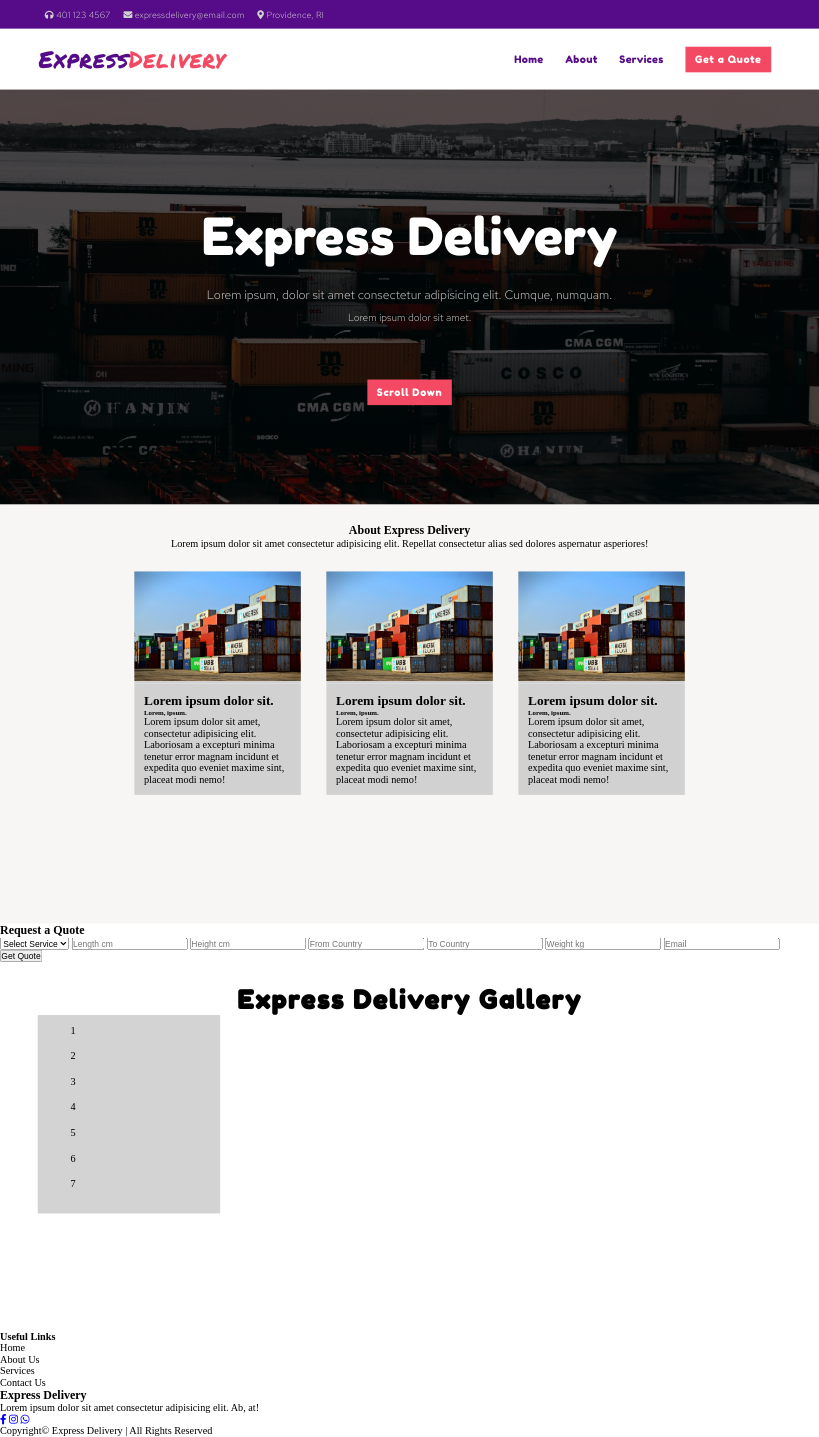
Repository: just-mann/express-delivery
Page: index.html
The author's editor kept a copy of each file at every save. The page is drawn from the files as they stood at one save, then again after the next save.
The browser window is 1280 px wide. The pictures show the whole page, at 64% of full size.
The style sheet was rebuilt from its Sass, Less or Tailwind sources for each picture, by a compiler version that may differ from the author's.

Above is the page before, as saved 2021-06-30 14:51:33.

### index.html
<!DOCTYPE html>
<html lang="en">
<head>
    <meta charset="UTF-8">
    <meta http-equiv="X-UA-Compatible" content="IE=edge">
    <meta name="viewport" content="width=device-width, initial-scale=1.0">
    <meta name="author" content="Justin Kollie">
    <meta name="description" content="Reliable shipping solutions across the U.S.">
    <link rel="stylesheet" href="/css/style.css">
    <link rel="stylesheet" href="https://cdnjs.cloudflare.com/ajax/libs/font-awesome/5.15.3/css/all.min.css" referrerpolicy="no-referrer" />
    <title>Express Delivery | Your trusted delivery system</title>
</head>
<body id="top">
    <header>
        <div class="top-section">
            <p><i class="fas fa-headphones"></i> 401 123 4567</p>
            <p class="emailAdd"><i class="fas fa-envelope"></i> expressdelivery@email.com</p>
            <p><i class="fas fa-map-marker-alt"></i> Providence, RI</p>
        </div>
        <nav>
            <a href="#" class="logo"><span>Express</span>Delivery</a>
            <div class="nav__links">
                <a href="#">Home</a>
                <a href="#">About</a>
                <a href="#">Services</a>
                <a class="quoteGet" href="#contact-us">Get a Quote</a>
            </div>
        </nav>
        <section class="hero__div">
            <div class="hero__section">
                <div class="hero__overlay">
                    <h2>Express Delivery</h2>
                    <p class="firstPara">Lorem ipsum, dolor sit amet consectetur adipisicing elit. Cumque, numquam.</p>
                    <p class="secondPara">Lorem ipsum dolor sit amet.</p>
                    <a href="#aboutUs">Scroll Down</a>
                </div>
            </div>
        </section>
    </header>
    <section class="product__description">

    </section>
    <section class="aboutUs" id="aboutUs">
        <h3>About Express Delivery</h3>
        <p>
            Lorem ipsum dolor sit amet consectetur adipisicing elit.
            Repellat consectetur alias sed dolores aspernatur asperiores!
        </p>
        <div class="about__card-div">
            <div class="card">
                <div class="imgDiv">
                    <img src="/images/container_ship.jpg" alt="card1">
                </div>
                <div>
                    <h4>Lorem ipsum dolor sit.</h4>
                    <h6>Lorem, ipsum.</h6>
                    <p>
                        Lorem ipsum dolor sit amet, consectetur adipisicing elit.
                        Laboriosam a excepturi minima tenetur error magnam incidunt
                        et expedita quo eveniet maxime sint, placeat modi nemo!
                    </p>
                </div>
            </div>
            <div class="card">
                <div class="imgDiv">
                    <img src="/images/container_ship.jpg" alt="card1">
                </div>
                <div>
                    <h4>Lorem ipsum dolor sit.</h4>
                    <h6>Lorem, ipsum.</h6>
                    <p>
                        Lorem ipsum dolor sit amet, consectetur adipisicing elit.
                        Laboriosam a excepturi minima tenetur error magnam incidunt
                        et expedita quo eveniet maxime sint, placeat modi nemo!
                    </p>
                </div>
            </div>
            <div class="card">
                <div class="imgDiv">
                    <img src="/images/container_ship.jpg" alt="card1">
                </div>
                <div>
                    <h4>Lorem ipsum dolor sit.</h4>
                    <h6>Lorem, ipsum.</h6>
                    <p>
                        Lorem ipsum dolor sit amet, consectetur adipisicing elit.
                        Laboriosam a excepturi minima tenetur error magnam incidunt
                        et expedita quo eveniet maxime sint, placeat modi nemo!
                    </p>
                </div>
            </div>
        </div>
    </section>
    <section class="contact" id="contact-us">
        <h3>Request a Quote</h3>
        <form action="">
            <select name="services" id="services">
                <option>Select Service</option>
                <option value="service1">Service 1</option>
                <option value="service2">Service 2</option>
                <option value="service3">Service 3</option>
                <option value="service4">Service 4</option>
            </select>
            <input type="text" placeholder="Length cm">
            <input type="text" placeholder="Height cm">
            <input type="text" name="country-from" id="country-from" placeholder="From Country">
            <input type="text" name="country-to" id="country-to" placeholder="To Country">
            <input type="text" name="weight" id="weight" placeholder="Weight kg">
            <input type="email" name="email" id="email" placeholder="Email">
            <input type="submit" value="Get Quote">
        </form>
    </section>
    <section class="gallery">
        <h3>Express Delivery Gallery</h3>
        <div class="gallery__div">
            <div>1</div>
            <div>2</div>
            <div>3</div>
            <div>4</div>
            <div>5</div>
            <div>6</div>
            <div>7</div>
        </div>
    </section>
    <footer class="footer">
        <section class="footer__top">
            <div class="usefulLinks">
                <h4>Useful Links</h4>
                <li>Home</li>
                <li>About Us</li>
                <li>Services</li>
                <li>Contact Us</li>
            </div>
            <div>
                <h3>Express Delivery</h3>
                <p>
                    Lorem ipsum dolor sit amet consectetur adipisicing elit. Ab, at!
                </p>
                <div class="social__links">
                    <a href="#"><i class="fab fa-facebook-f"></i></a>
                    <a href="#"><i class="fab fa-instagram"></i></a>
                    <a href="#"><i class="fab fa-whatsapp"></i></a>
                </div>
            </div>
        </section>
        <section class="footer__bottom">
            <p>Copyright&copy Express Delivery | All Rights Reserved</p>
        </section>
    </footer>
</body>
</html>

### Sass/style.scss
@import 'reset';
@import 'default__styles';
@import 'mixins';

body {
    position: relative;
}


header {
    .top-section {
        background: $secondary__color;
        color: $light__white;
        display: flex;
        justify-content: flex-start;
        align-items: center;
        // padding: 15px 0px;
        @include my_container;
        height: 45px;

        p {
            font-family: $third__font;
            font-size: 0.87rem;
            color: $dark__white;
            letter-spacing: 0.3px;
            margin: 0 10px;

            .emailAdd {
                border-left: 1px solid red;
                border-right: 1px solid red;
            }

            i {
                transition: 0.7s;
            }



            &:hover {
                i {
                    color: $primary__color;
                }
            }
        }
    }

    nav {
        // position: sticky;
        // top: 0;
        // left: 0;
        @include my_container;
        width: 100%;
        height: 95px;
        // padding: 0px 35px;
        background: $light__white;
        display: flex;
        justify-content: space-between;
        align-items: center;

        .logo {
            font-size: 2.3rem;
            color: $primary__color;
            font-weight: 450;
            letter-spacing: 1px;
            font-family: $primary__font;
            span {
                color: $secondary__color;
            }
        }

        .nav__links {
            a {
                color: $secondary__color;
                font-size: 1rem;
                margin: 0 15px;
                transition: 0.5s;
                font-family: $secondary__font;
                font-weight: 150;
                letter-spacing: 0.5px;

                &:hover {
                    color: $primary__color;
                }

            }

            .quoteGet {
                @include btn_style;
            }
        }
    }

    .hero__div {
        height: 90vh;
        z-index: 0;
        .hero__section {
            width: 100%;
            height: 100%;
            display: flex;
            justify-content: center;
            align-items: center;
            background: url('/images/heroImg.jpg') no-repeat center center / cover;

            .hero__overlay {
                // display: none;
                background: rgba(0, 0, 0, 0.678);
                height: 100%;
                width: 100%;
                display: flex;
                align-items: center;
                justify-content: center;
                flex-direction: column;
                color: $light__white;
                text-align: center;

                h2 {
                    font-size: 5rem;
                    margin-top: 30px;
                    font-family: $secondary__font;
                    font-weight: 90;
                }

                .firstPara {
                    font-family: $third__font;
                    font-size: 1.2rem;
                    font-weight: 300;
                    line-height: 1.4em;
                    margin: 30px 0px 6px 0px;
                    color: $dark__white;
                }
                .secondPara {
                    font-family: $third__font;
                    font-size: 1rem;
                    font-weight: 300;
                    line-height: 1.4em;
                    margin: 5px 0px;
                    color: $dark__white;
                }

                a {
                    @include btn_style;
                    margin: 80px 0px 5px 0px;
                }
            }
        }
    }
}





// About Us
.aboutUs {
    // @include my_container;
    max-width: 100%;
    min-height: 50vh;
    text-align: center;
    margin: 0px auto;
    padding-top: 30px;
    padding-bottom: 15px;
    background: rgb(248, 245, 245);

    h3 {

    }

    p {

    }

    .about__card-div {
        // background: yellow;
        max-width: 100%;
        margin: 0 auto;
        padding: 25px;
        display: grid;
        justify-content: center;
        align-items: center;
        grid-template-columns: repeat(3, 300px);

        .card {
            min-height: 500px;
            margin: 10px 20px;
            text-align: center;
            &:hover {
                // @include divShadow;
            }

            .imgDiv {
                min-height: 30%;
                padding: 0px;
            }

            img {
                width: 100%;
                min-height: 100%;
                object-fit: cover;
            }

            div {
                padding: 15px;
                margin: 0 auto;
                text-align: left;
                background: $dark__white;

                h4 {
                    font-size: 1.3rem;
                }

                h6 {

                }

                p {

                }
            }
        }
    }
}

.gallery {
    padding: 35px;
    height: 80vh;

    h3 {
        font-family: $secondary__font;
        font-size: 2.5rem;
        text-align: center;
        letter-spacing: 2.5px;
    }

    .gallery__div {
        background: lightgray;
        padding: 15px 35px;
        text-align: center;
        @include grid(4, 2%);

        div {
            width: 40px;
            height: 40px;
        }
    }
}

### Sass/default__styles.scss
// Google Fonts
@import url('https://fonts.googleapis.com/css2?family=Abel&family=Dancing+Script:wght@300&family=Fredoka+One&family=Permanent+Marker&family=Red+Hat+Text:wght@300&family=Roboto:wght@100&family=Sacramento&display=swap');



// Styles for items like buttons, links, lists, and colors, fonts, etc..

// Variables
$primary__color: #F34963;
$secondary__color: #560c88;
$light__white: #ffffff;
$dark__white: #d1d1d1;
$primary__font: 'Permanent Marker', cursive;
$secondary__font: 'Fredoka One', cursive;
$third__font: 'Red Hat Text', sans-serif;








html {
    scroll-behavior: smooth;
}

a {
    text-decoration: none;
}

ul, li {
    list-style: none;
}

### Sass/mixins.scss
// Button Mixin
@mixin btn_style {
    border: none;
    background: $primary__color;
    color: $light__white;
    padding: 10px 15px;
    font-family: $secondary__font;
    font-weight: 150;
    letter-spacing: 1px;

    &:hover {
        color: $light__white;
        cursor: pointer;
    }
}

@mixin divShadow {
    box-shadow: -1px -3px 46px 16px rgba(0,0,0,0.23);
        -webkit-box-shadow: -1px -3px 46px 16px rgba(0,0,0,0.23);
        -moz-box-shadow: -1px -3px 46px 16px rgba(0,0,0,0.23);
}

@mixin my_container {
    padding: 0px 60px;
}


// Grid Mixin
@mixin grid($cols, $mgn) {
    float: left;
    margin-left: $mgn;
    margin-bottom: $mgn;
    width: (100% - (($cols - 1) * $mgn)) / $cols;
    &:nth-child(#{$cols}n) {
        margin-right: 0;
    }
}

Loaded but not shown: Sass/reset.scss (common file)

After the next save:
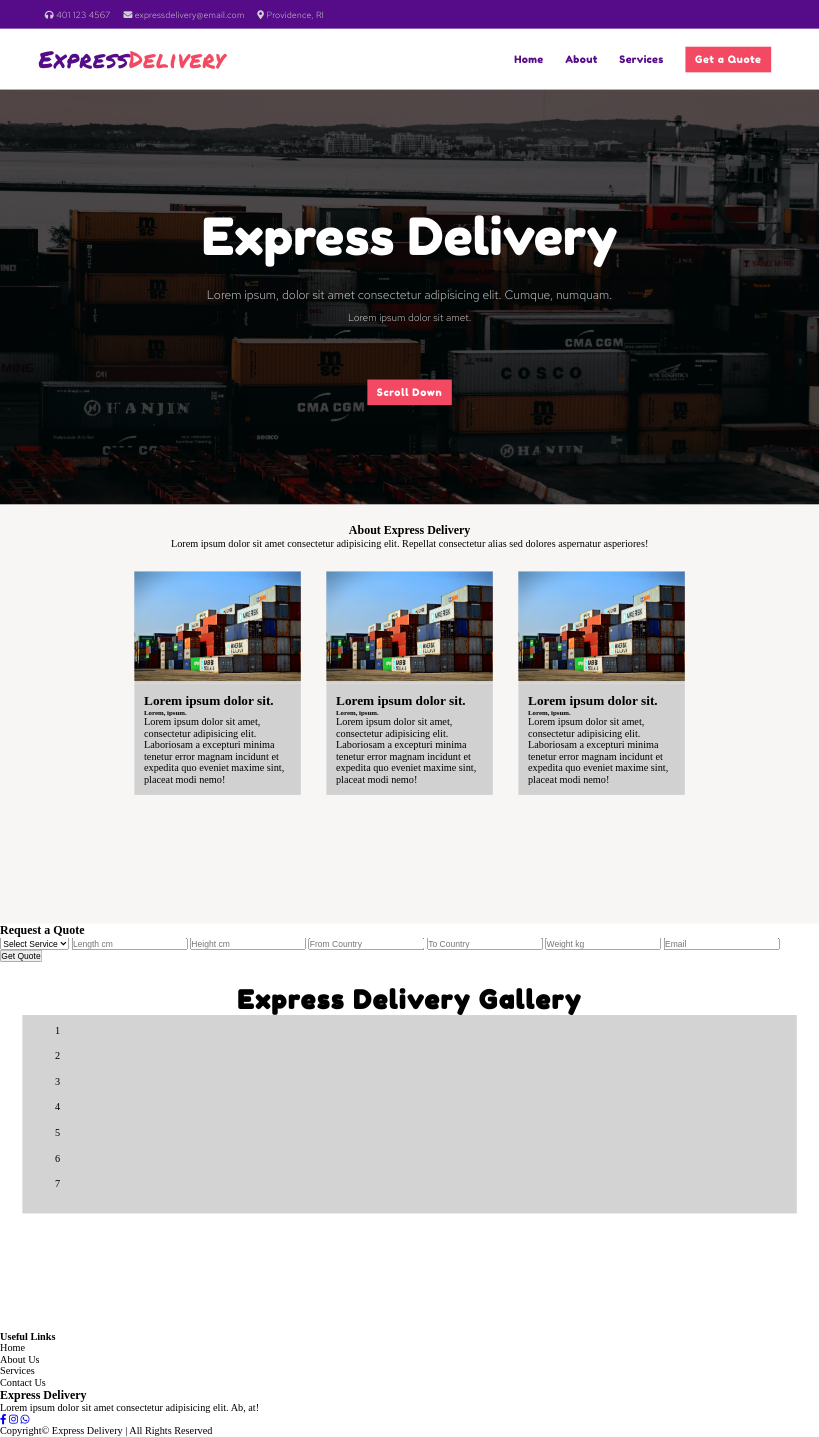
Saved 68 s later.
--- a/Sass/style.scss
+++ b/Sass/style.scss
@@ -235,7 +235,6 @@ header {
         background: lightgray;
         padding: 15px 35px;
         text-align: center;
-        @include grid(4, 2%);
 
         div {
             width: 40px;
